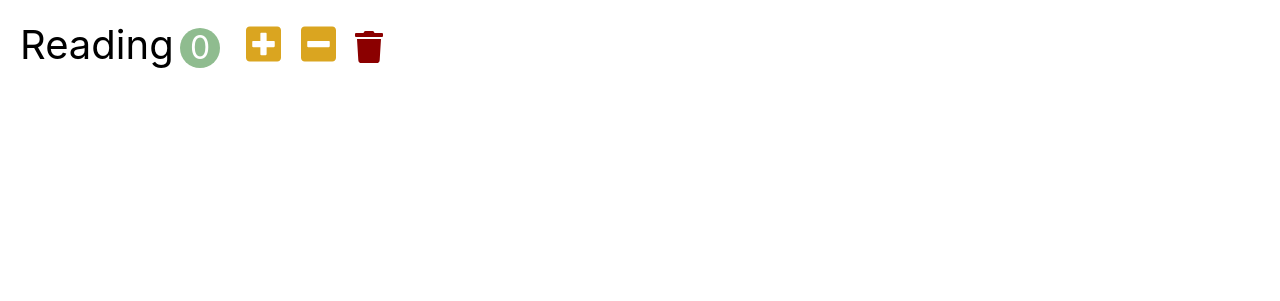
Repository: BokyungJeon/react-habit-tracker
Page: /
An editor plug-in stored every save of this project. The page is shown before and after a run of saves, followed by the edit.
The browser window is 1280 px wide. The pictures show the whole page.
The project was rebuilt for these pictures with package versions that can differ from the ones it lists, and the page was loaded fresh each time.

Above is the page before, as saved 2021-09-30 12:24:25.

### src/index.js
import React from "react";
import ReactDOM from "react-dom";
import "./index.css";
import App from "./App.jsx";
import "@fortawesome/fontawesome-free/js/all.js";

ReactDOM.render(
  <React.StrictMode>
    <App />
  </React.StrictMode>,
  document.getElementById("root")
);

### src/App.jsx
import "./App.css";
import Habit from "./components/habit";

function App() {
  return <Habit></Habit>;
}

export default App;

### src/App.css
* {
  /* padding과 border가 width와 height에 포함되도록함 */
  box-sizing: border-box;
}

/* 버튼 초기화 */
button {
  outline: none;
  border: 0;
  cursor: pointer;
}

.navbar {
  font-size: 2rem;
  padding: 1em;
  background-color: lemonchiffon;
}

.navbar-logo {
  color: green;
  margin-right: 0.5em;
}

.navbar-count {
  display: inline-block;
  text-align: center;
  font-size: 2rem;
  width: 2.5rem;
  height: 2.5rem;
  margin-left: 0.3em;
  background-color: green;
  color: white;
  border-radius: 50%;
}

.habits {
  padding: 0.5em;
  padding-top: 2em;
}

.add-form {
  padding-top: 1em;
  margin-left: 2em;
}

.add-input {
  font-size: 1.5rem;
  margin-right: 0.2em;
}

.add-button {
  height: 90%;
  font-size: 1.5rem;
  padding: 0.3rem 0.5em;
  background-color: green;
  color: white;
  border-radius: 10%;
}

.habit {
  font-size: 2.5rem;
  padding: 0.5em;
  list-style: none;
}

.habit-count {
  display: inline-block;
  text-align: center;
  font-size: 2rem;
  width: 2.5rem;
  height: 2.5rem;
  margin-left: 0.2em;
  margin-right: 0.5em;
  background-color: darkseagreen;
  color: white;
  border-radius: 50%;
}

.habit-button {
  font-size: 2.5rem;
  margin: 0 0.1em;
  background-color: transparent;
}

.habit-button:hover {
  opacity: 0.8;
}

.habit-increase,
.habit-decrease {
  color: goldenrod;
}

.habit-delete {
  font-size: 2rem;
  color: darkred;
}

.habits-reset {
  font-size: 1.5rem;
  padding: 0.2em 1em;
  background-color: green;
  color: white;
  margin-left: 2em;
}

### src/components/habit.jsx
import React, { Component } from "react";

class Habit extends Component {
  state = {
    count: 0,
  };

  handleIncreament = () => {
    this.setState({ count: this.state.count + 1 });
  };

  handleDecreament = () => {
    const count = this.state.count - 1;
    this.setState({ count: count < 0 ? 0 : count });
  };

  handleIncreament = () => {
    this.setState({ count: this.state.count + 1 });
  };

  render() {
    return (
      <li className="habit">
        <span className="habit-name">Reading</span>
        <span className="habit-count">{this.state.count}</span>
        <button
          className="habit-button habit-increase"
          onClick={this.handleIncreament}
        >
          <i className="fas fa-plus-square"></i>
        </button>
        <button
          className="habit-button habit-decrease"
          onClick={this.handleDecreament}
        >
          <i className="fas fa-minus-square"></i>
        </button>
        <button className="habit-button habit-delete">
          <i className="fas fa-trash"></i>
        </button>
      </li>
    );
  }
}

export default Habit;

### src/components/habits.jsx
import React, { Component } from "react";

class habits extends Component {
  state = {
    habits: [
      { name: "Reading", count: 0 },
      { name: "Running", count: 0 },
      { name: "Coding", count: 0 },
    ],
  };
  render() {
    return (
      <ul>
        {this.state.habits.map((habit) => (
          <Habit />
        ))}
      </ul>
    );
  }
}

export default habits;

Loaded but not shown: public/index.html (common file); src/index.css (common file)

After the next 3 saves:
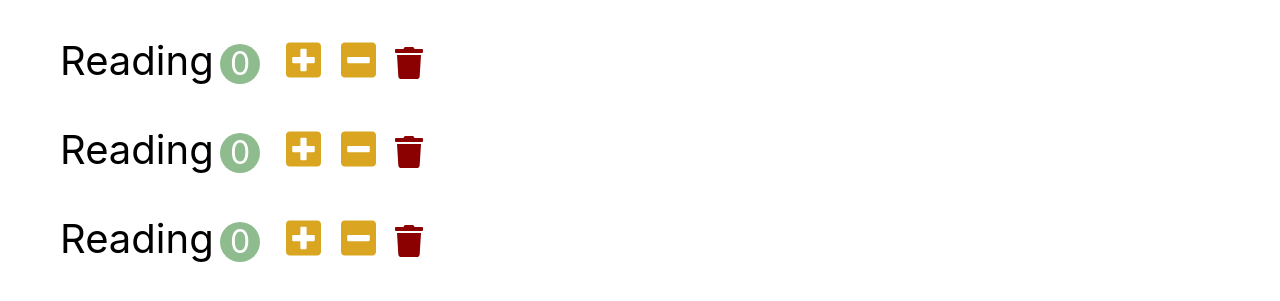
The 3 saves are shown as one change because 2 did not build or start.
The last was saved 38 s later.
--- a/src/App.jsx
+++ b/src/App.jsx
@@ -1,8 +1,8 @@
 import "./App.css";
-import Habit from "./components/habit";
+import Habits from "./components/habits";
 
 function App() {
-  return <Habit></Habit>;
+  return <Habits />;
 }
 
 export default App;
--- a/src/components/habits.jsx
+++ b/src/components/habits.jsx
@@ -1,4 +1,5 @@
 import React, { Component } from "react";
+import Habit from "./habit.jsx";
 
 class habits extends Component {
   state = {
